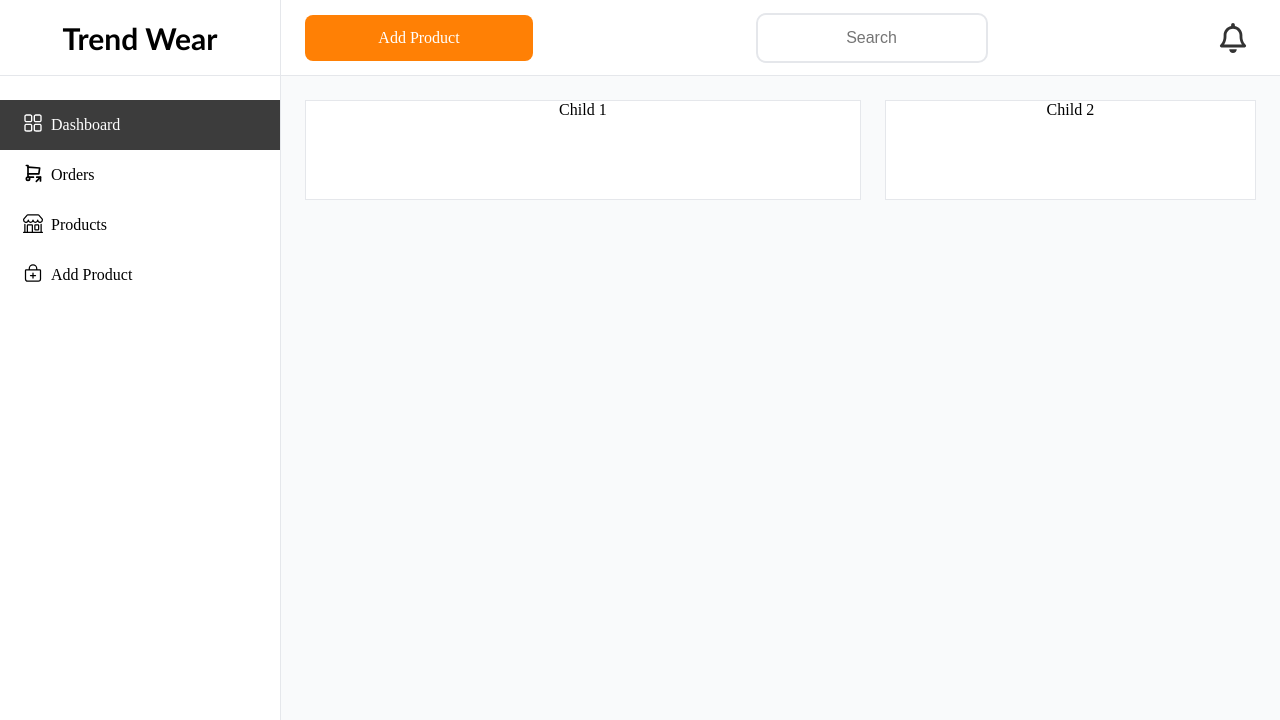
Repository: ahmad-dev7/TrendWear
Page: / (app in trend_wear_dashboard/)
An editor plug-in stored every save of this project. The page is shown before and after the next save, followed by the edit.
The browser window is 1280 px wide. The pictures show the whole page.
The project was rebuilt for these pictures with package versions that can differ from the ones it lists, and the page was loaded fresh each time. Also part of the build but not shown: trend_wear_dashboard/vite.config.ts.

Above is the page before, as saved 2025-01-19 23:55:20.

After the next save:
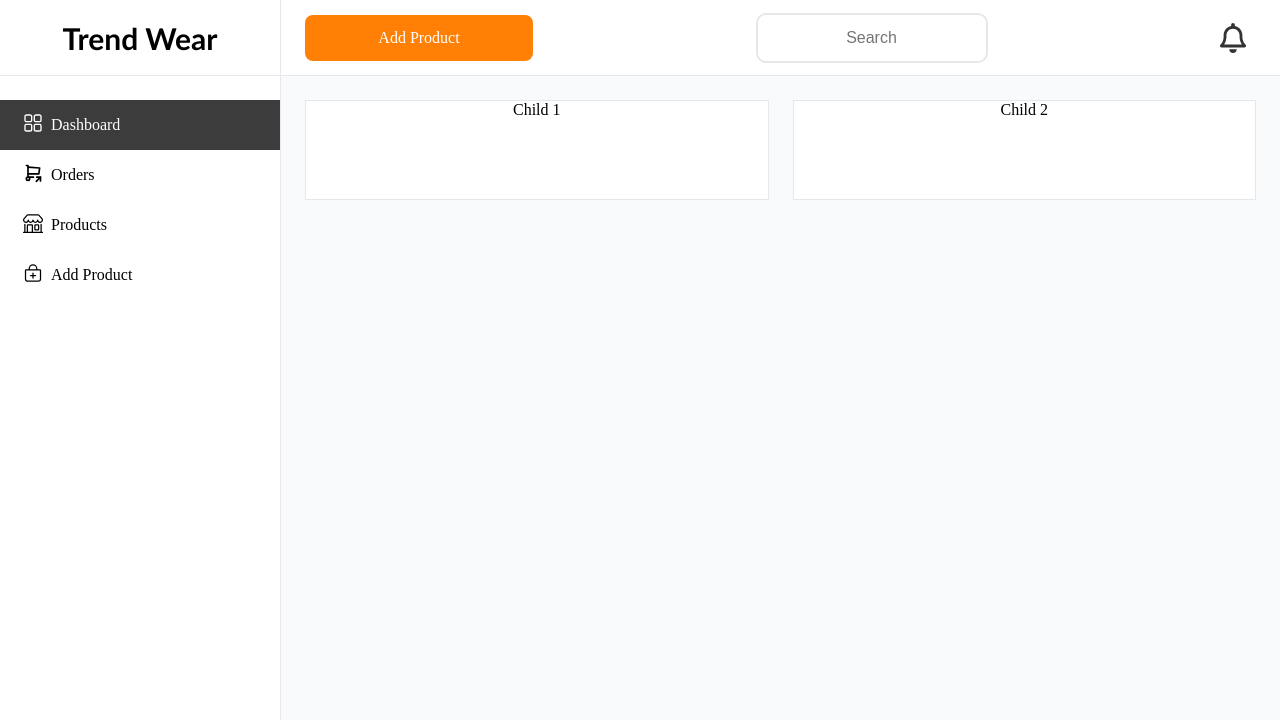
Saved 110 s later.
--- a/trend_wear_dashboard/src/Components/AddProduct/AddProduct.css
+++ b/trend_wear_dashboard/src/Components/AddProduct/AddProduct.css
@@ -13,7 +13,3 @@
     background-color: white;
     border: 1px solid #e5e7eb;
 }
-
-.details-section {
-    flex: 3;
-}
